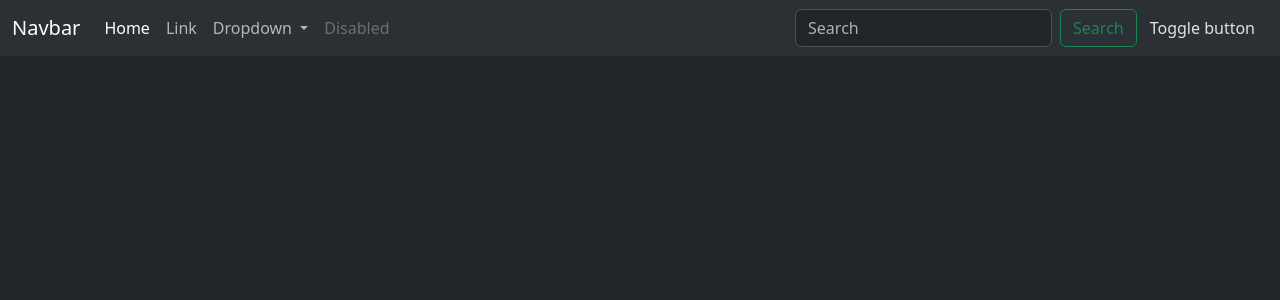
Repository: VictoriousMango/Archive
Page: index.html
An editor plug-in stored every save of this project. The page is shown before and after the next save, followed by the edit.
The browser window is 1280 px wide. The pictures show the whole page.

Above is the page before, as saved 2024-06-05 22:42:10.

After the next save:
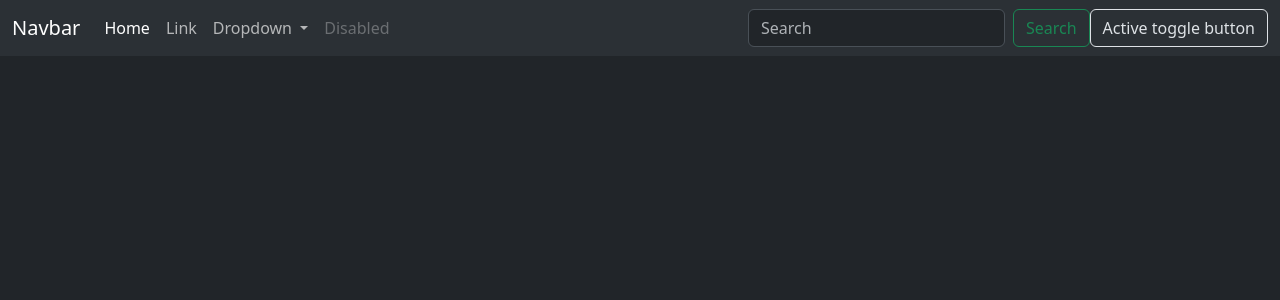
Saved 38 s later.
--- a/index.html
+++ b/index.html
@@ -41,7 +41,7 @@
                         <input class="form-control me-2" type="search" placeholder="Search" aria-label="Search">
                         <button class="btn btn-outline-success" type="submit">Search</button>
                     </form>
-                    <button type="button" class="btn" data-bs-toggle="button">Toggle button</button>
+                    <button type="button" class="btn active" data-bs-toggle="button" aria-pressed="true">Active toggle button</button>
                 </div>
             </div>
         </nav>

After the save that followed:
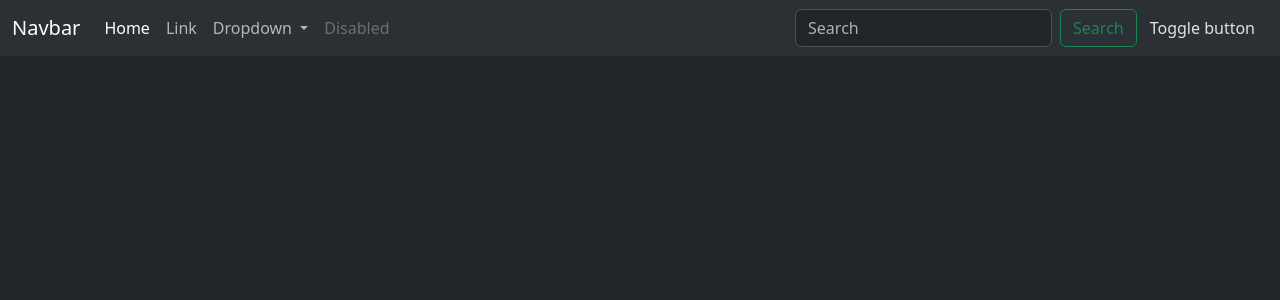
Saved 14 s later.
--- a/index.html
+++ b/index.html
@@ -41,7 +41,7 @@
                         <input class="form-control me-2" type="search" placeholder="Search" aria-label="Search">
                         <button class="btn btn-outline-success" type="submit">Search</button>
                     </form>
-                    <button type="button" class="btn active" data-bs-toggle="button" aria-pressed="true">Active toggle button</button>
+                    <button type="button" class="btn" data-bs-toggle="button">Toggle button</button>
                 </div>
             </div>
         </nav>
